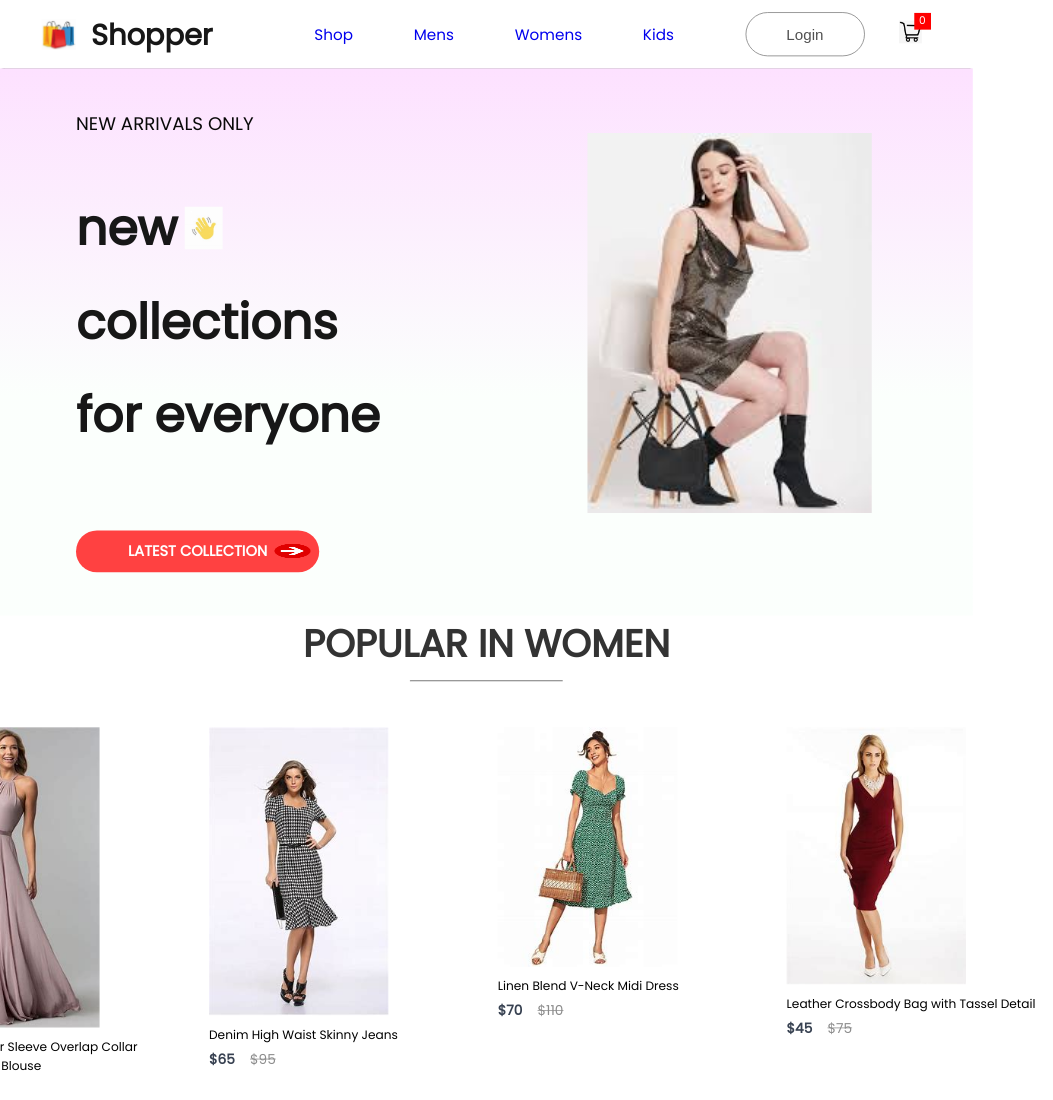
Repository: sshaiv/Shoppie_EcommerceAPP
Page: /
An editor plug-in stored every save of this project. The page is shown before and after the next save, followed by the edit.
The browser window is 1280 px wide. The page is 1385 px wide, so the pictures cover 1385 px, including what lies to the right of the window. The pictures show the whole page, at 76% of full size.
The project was rebuilt for these pictures with package versions that can differ from the ones it lists, and the page was loaded fresh each time. Also part of the build but not shown: src/App.css, src/Components/Pages/ShopCategory.jsx, src/Components/Pages/Product.jsx, src/Components/Pages/Cart.jsx, src/Components/Pages/LoginSignup.jsx.

Above is the page before, as saved 2024-07-16 18:18:57.

After the next save:
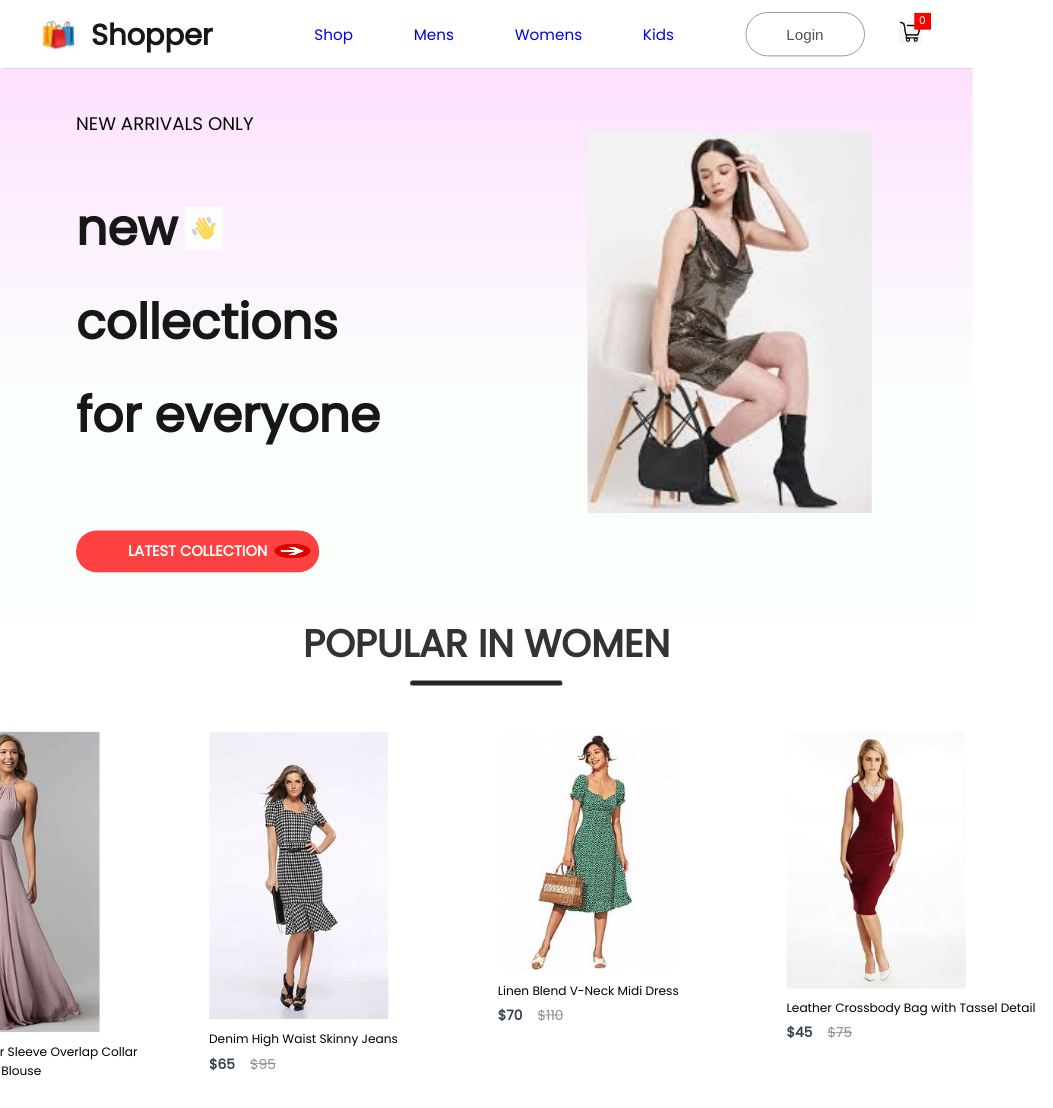
Saved 4 s later.
--- a/src/Components/Popular/Popular.css
+++ b/src/Components/Popular/Popular.css
@@ -1,5 +1,5 @@
 .popular {
-    height: 9vh;
+    height: 90vh;
     display: flex;
     flex-direction: column;
     align-items: center;
